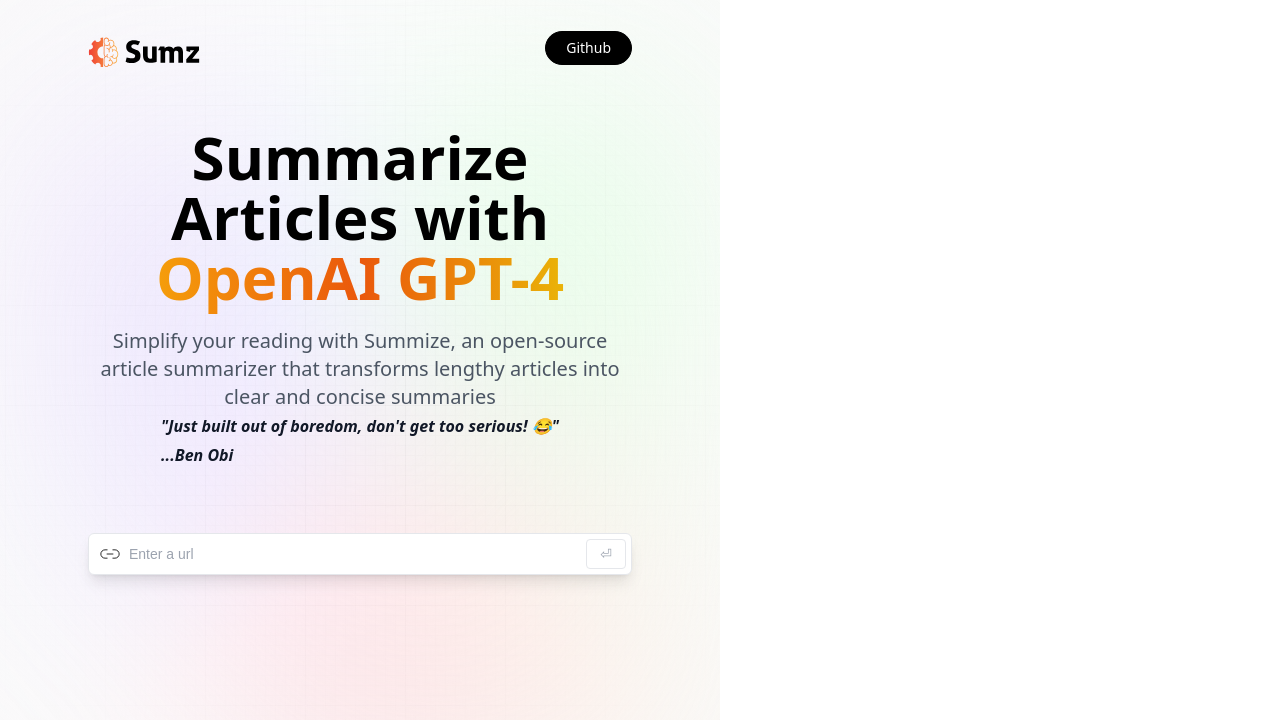
Repository: specialobyno/chatgpt-4
Page: /
These files come from the project's save history. The page is drawn as it stood at one moment and after the next save; the edit follows.
The browser window is 1280 px wide. The pictures show the whole page.
The page's requests for data from a server got no answer. An inner scrolling area shows only its first screen. Some web fonts or font styles are not loaded; a fallback is used. The project was rebuilt for these pictures with package versions that can differ from the ones it lists, and the page was loaded fresh each time. No one was signed in, and anything a server would have sent is missing. Also part of the build but not shown: vite.config.ts.

Above is the page before, as saved 2023-04-24 03:26:25.

After the next save:
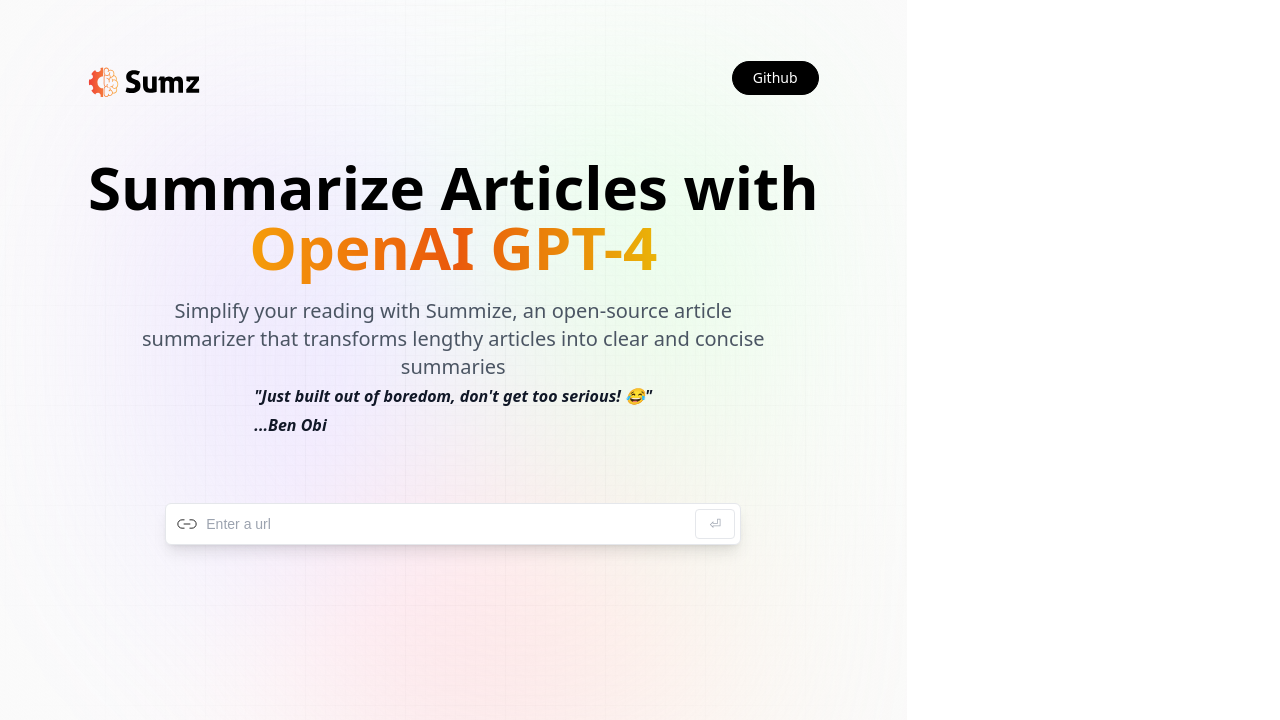
Saved 5 s later.
--- a/src/App.css
+++ b/src/App.css
@@ -7,7 +7,7 @@
 */
 
 .main {
-  width: 100vh;
+  /* width: 100vh; */
   min-height: 100vh;
   height: 100%;
   position: fixed;
